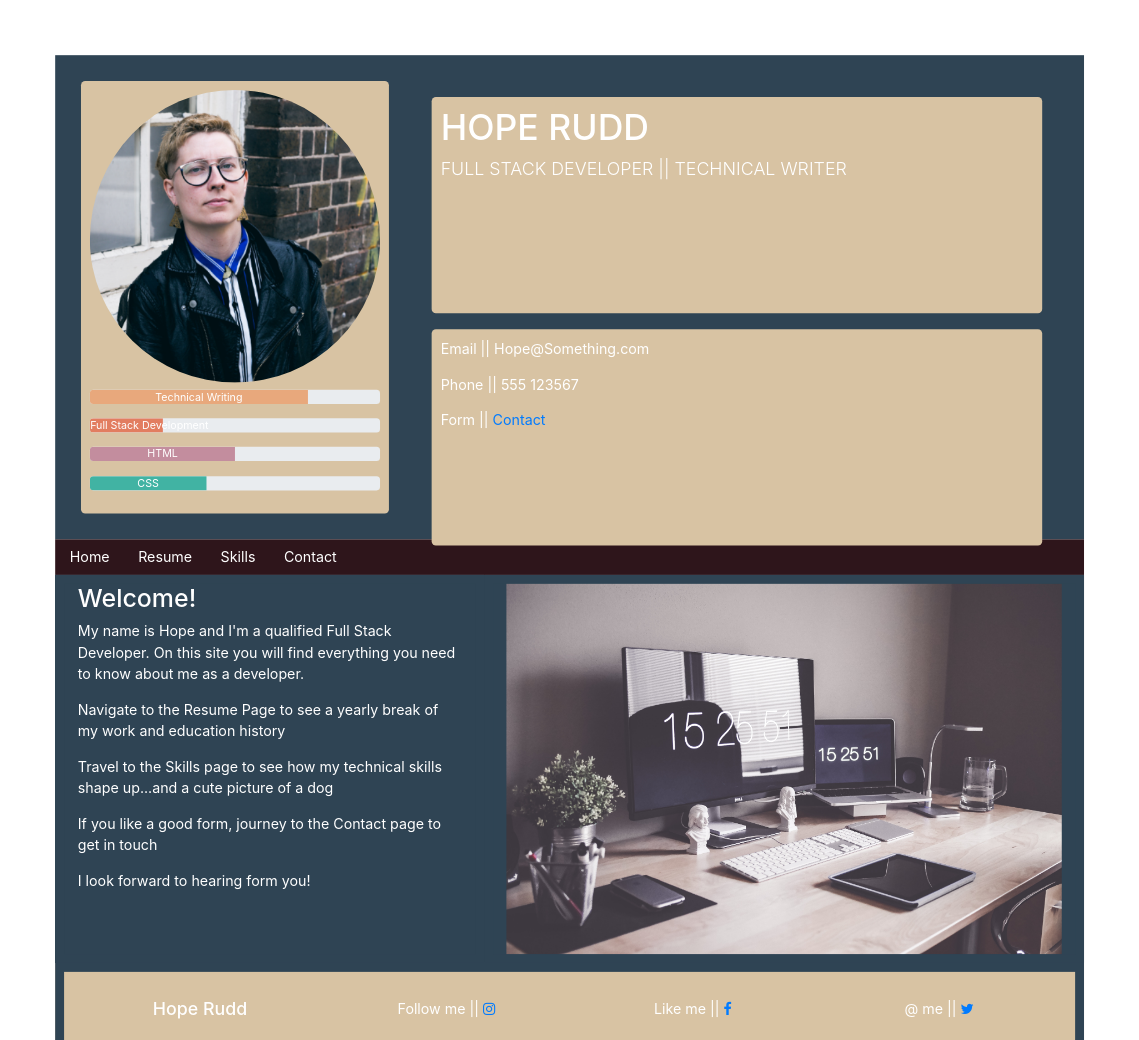
Repository: BleakTerrain/MilestoneProject-
Page: index.html
The author's editor kept a record of every edit. The page is drawn from the files as they stood at one moment, then again after the next edit.
The browser window is 1280 px wide. The pictures show the whole page, at 89% of full size.
Some web libraries are served in a nearby version.

Above is the page before.

After the next edit:
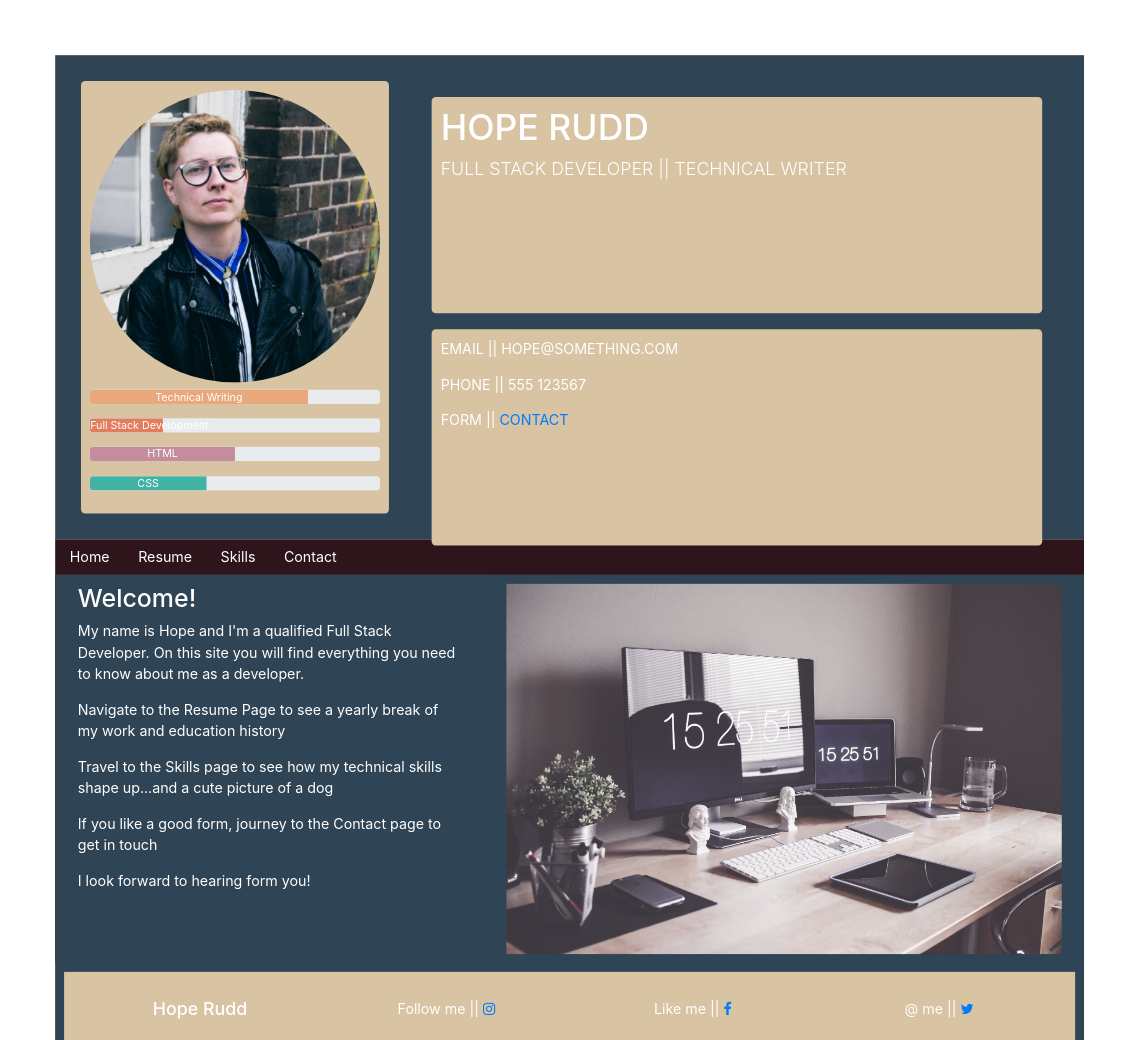
The edit:
--- a/index.html
+++ b/index.html
@@ -60,7 +60,7 @@
                  <p class="lead ">Full Stack Developer || Technical Writer </p>
                  </div>
 
-                  <section class= "jumbotron contact-card">
+                  <section class= "jumbotron text-uppercase contact-card">
            <div class="row">
              <div class="col-sm-12">
             <p class="contact-info"> Email || Hope@Something.com</p>
